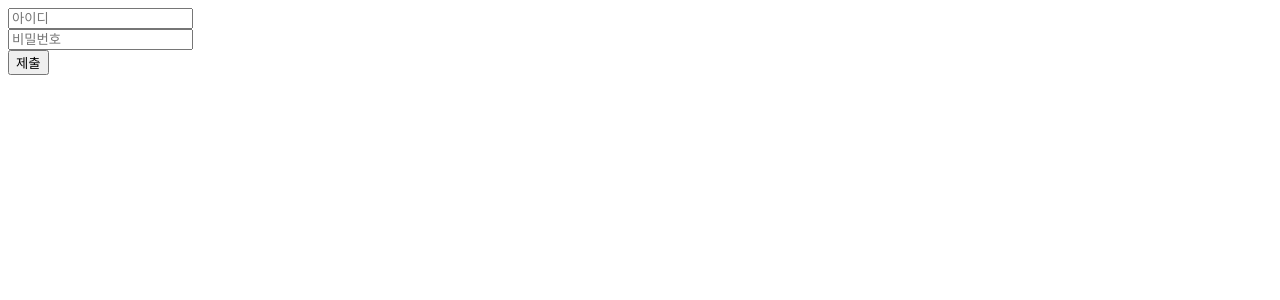
Repository: djdh94/jsp_practice
Page: http://localhost/JSPBasic/jspObject/3.cookie/test.jsp
The author's editor kept a copy of each file at every save. The page is drawn from the files as they stood at one save, then again after the next save.
The browser window is 1280 px wide. The pictures show the whole page.
The page is served by Tomcat 9.

Above is the page before, as saved 2022-02-05 03:40:01.

After the next save:
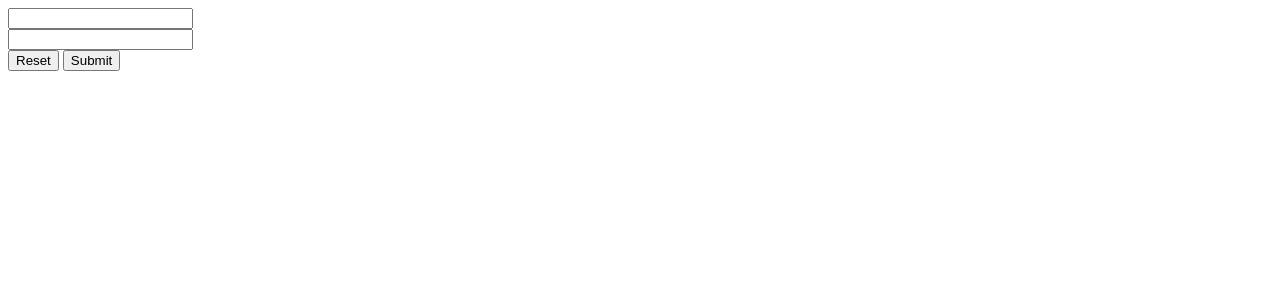
Saved 11 min 1 s later.
--- a/JSPBasic/src/main/webapp/jspObject/3.cookie/test.jsp
+++ b/JSPBasic/src/main/webapp/jspObject/3.cookie/test.jsp
@@ -13,9 +13,10 @@
 </head>
 <body>
 	<form action="#" method="get">
-	<input type="text" name="id" placeholder="아이디"><br/>
-	<input type="password" name="pw" placeholder="비밀번호"><br/>
-	<input type="submit" value="제출"/>
+	<input type="text" name="apple"/><br/>
+	<input type="password" name="banana"/><br/>
+	<input type="reset"/>
+	<input type="submit"/>
 	</form>
 </body>
 </html>
